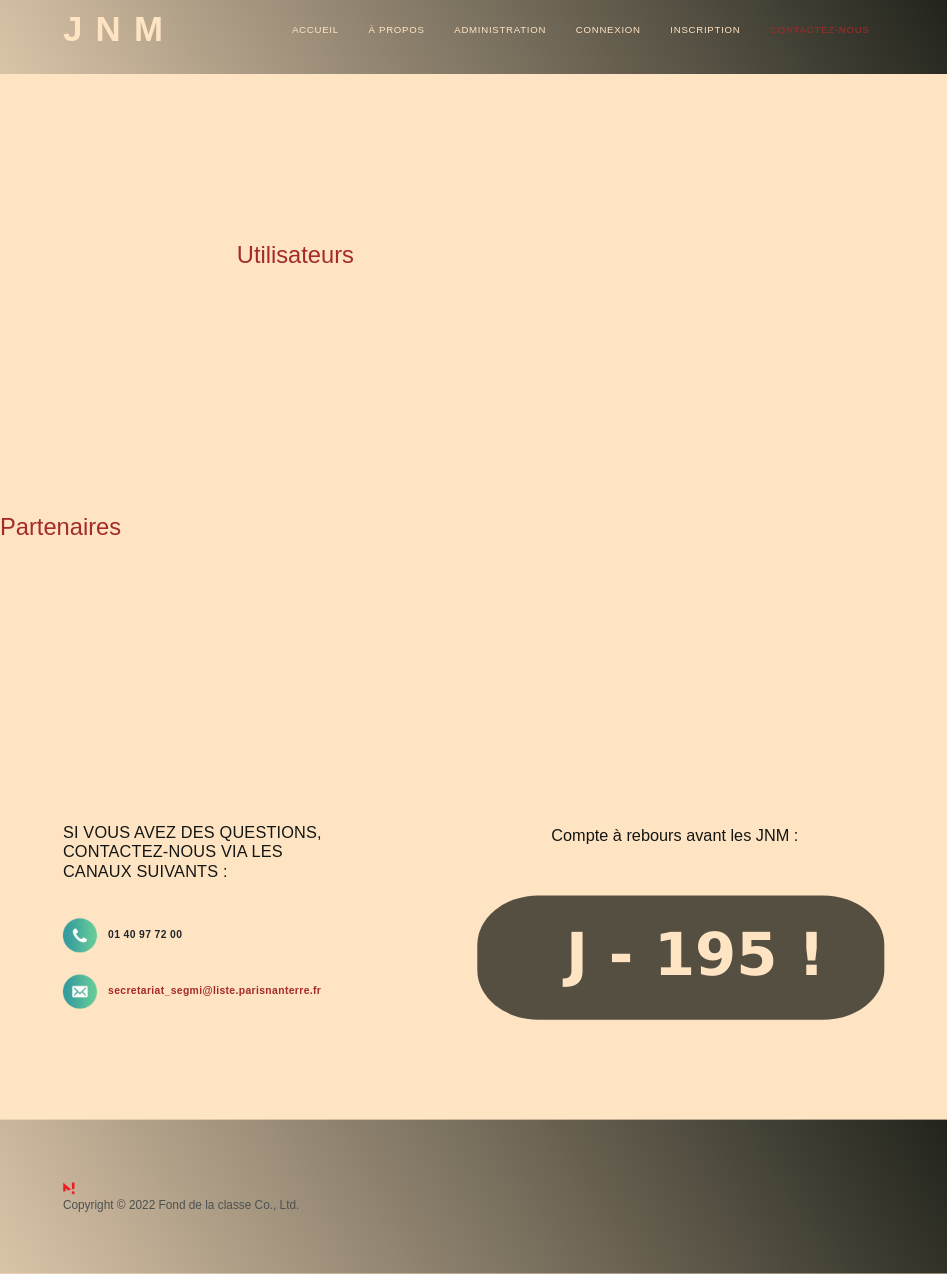
Repository: RiadNadri/ProjetWeb2022
Page: templates/Admin/admin.html.twig
These files come from the project's save history. The page is drawn as it stood at one moment and after the next save; the edit follows.
The browser window is 1280 px wide. The pictures show the whole page, at 74% of full size.
Some web fonts or font styles are not loaded; a fallback is used. The page is a Twig template of a Symfony application; nobody is signed in and links lead nowhere. The template is opened directly, without the code that normally fills it, so the values that code supplies are empty.

Above is the page before, as saved 2022-12-24 16:48:47.

After the next save:
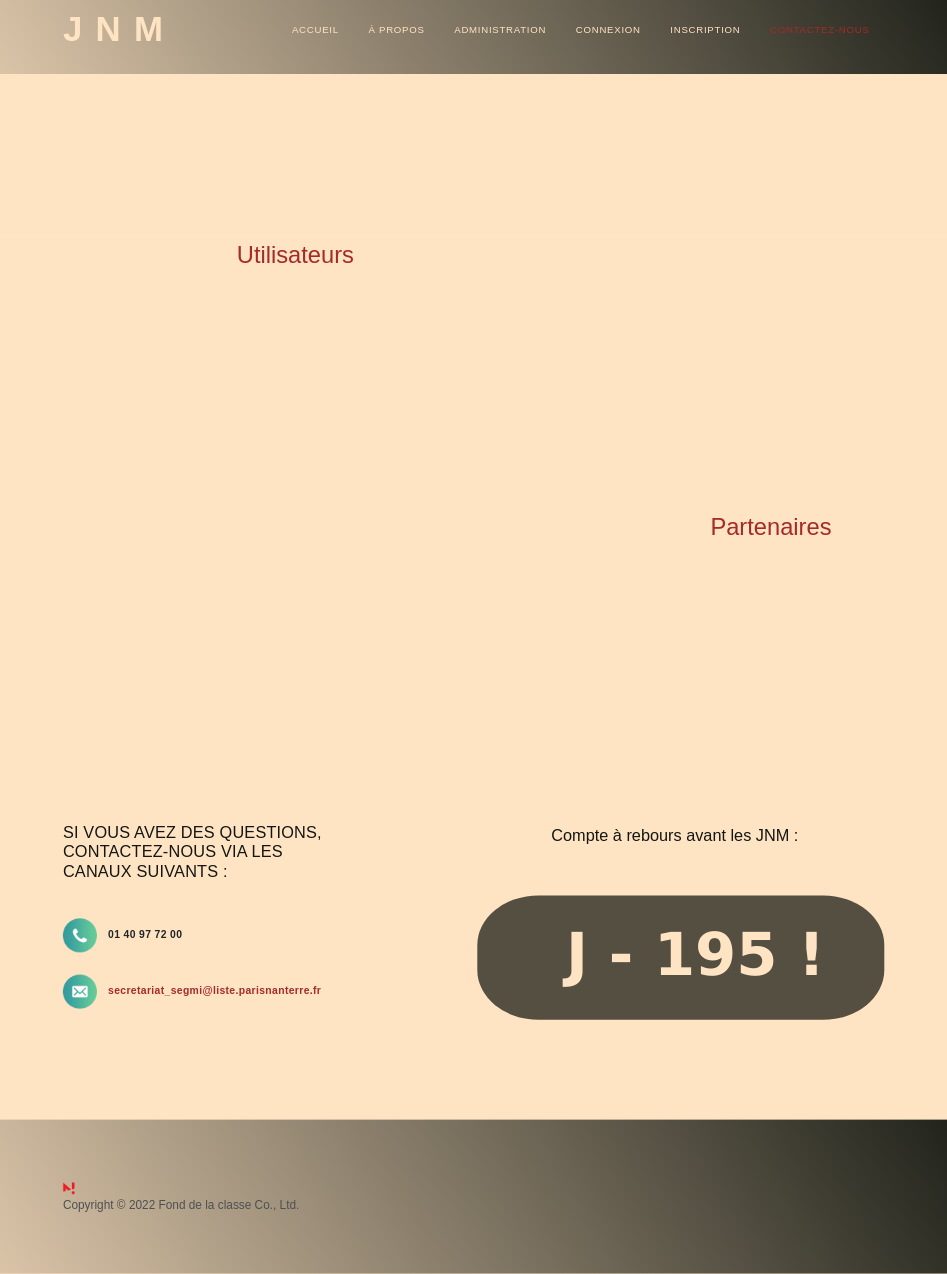
Saved 22 s later.
--- a/templates/Admin/admin.html.twig
+++ b/templates/Admin/admin.html.twig
@@ -14,7 +14,7 @@
     .buttonPartenaire{
         margin-top: 25%;
         margin-bottom: 20%;
-        margin-right: 25%;
+        margin-left: 75%;
         font-size: xx-large;
     }
 </style>
